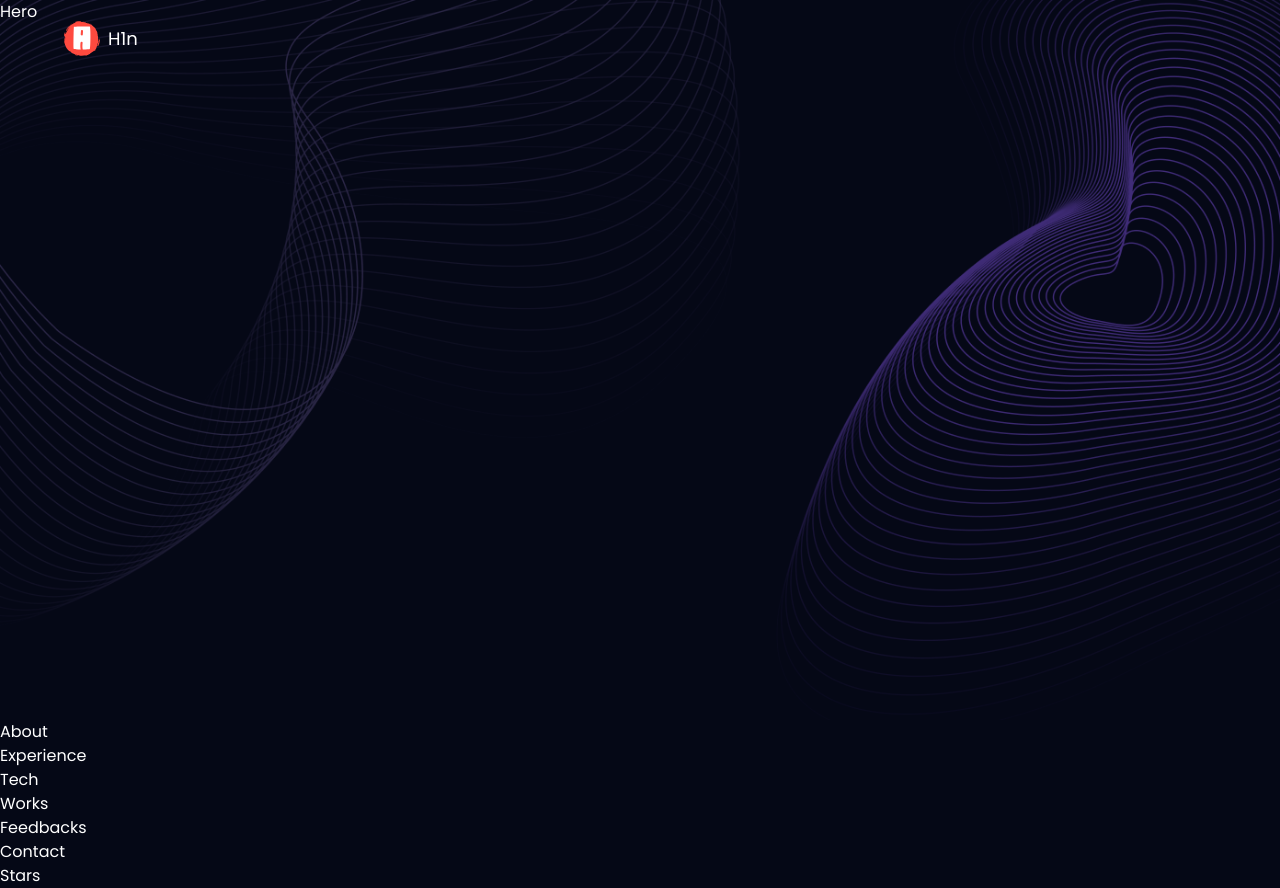
Repository: truonghuynhquy/3D_Portfolio
Page: /
An editor plug-in stored every save of this project. The page is shown before and after the next save, followed by the edit.
The browser window is 1280 px wide. The pictures show the whole page.
The project was rebuilt for these pictures with package versions that can differ from the ones it lists, and the page was loaded fresh each time. Also part of the build but not shown: vite.config.js, src/components/canvas/Earth.jsx, src/components/canvas/Ball.jsx, src/components/canvas/Computers.jsx. Imported but missing from the stored project, and not drawn on this page: src/components/hoc, src/components/styles, src/components/utils/motion.

Above is the page before, as saved 2023-04-07 10:36:56.

After the next save:
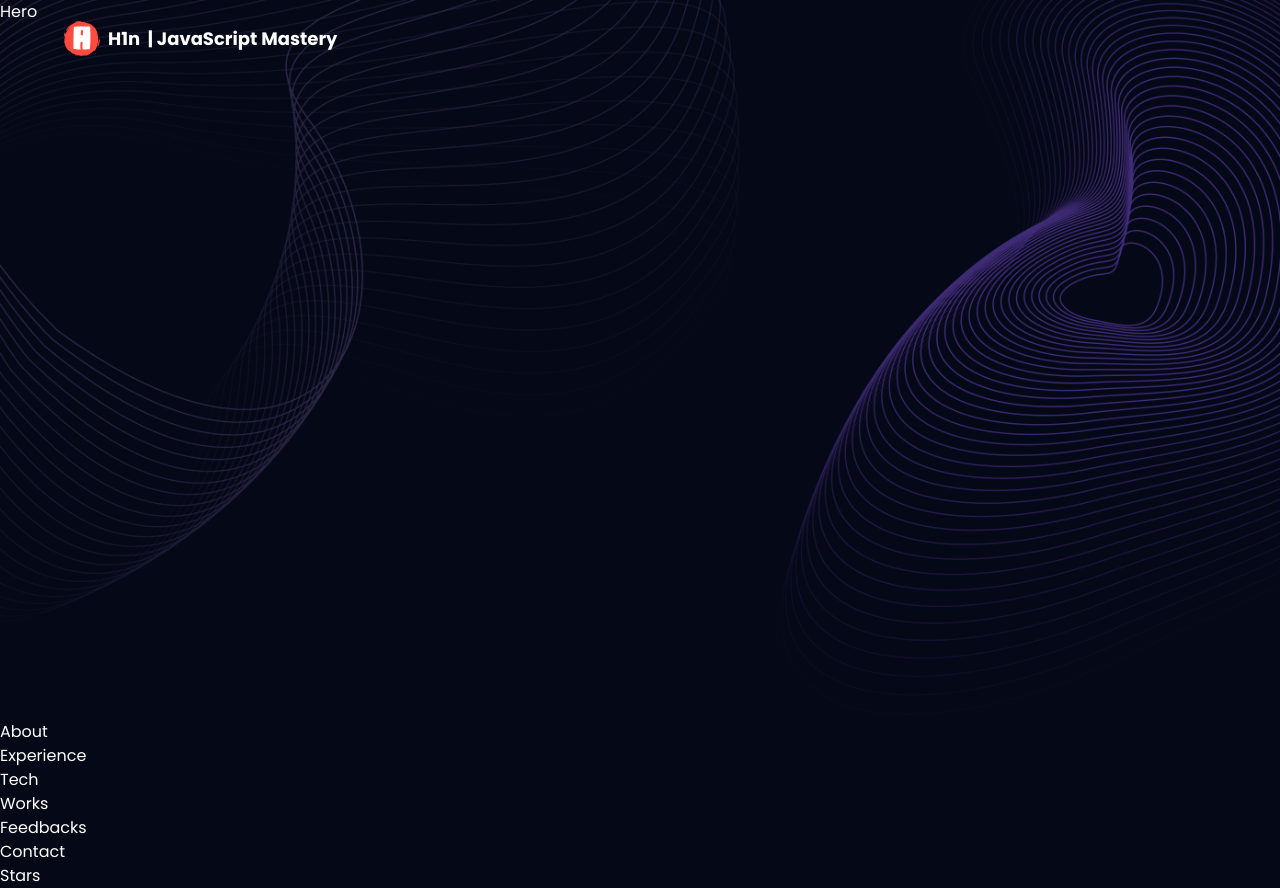
Saved 57 s later.
--- a/src/components/Navbar.jsx
+++ b/src/components/Navbar.jsx
@@ -21,9 +21,17 @@ const Navbar = () => {
                         window.scrollTo(0, 0);
                     }}
                 >
-                    <img src={logo} alt="logo" className="w-9 h-9 object-contain" />
-                    <p className="text-white text-[18px]">
-                      H1n &nbsp;
+                    <img
+                        src={logo}
+                        alt="logo"
+                        className="w-9 h-9 object-contain"
+                    />
+                    <p className="text-white text-[18px] font-bold cursor-pointer flex">
+                        H1n &nbsp;
+                        <span className="sm:block hidden">
+                            {" "}
+                            | JavaScript Mastery
+                        </span>
                     </p>
                 </Link>
             </div>
